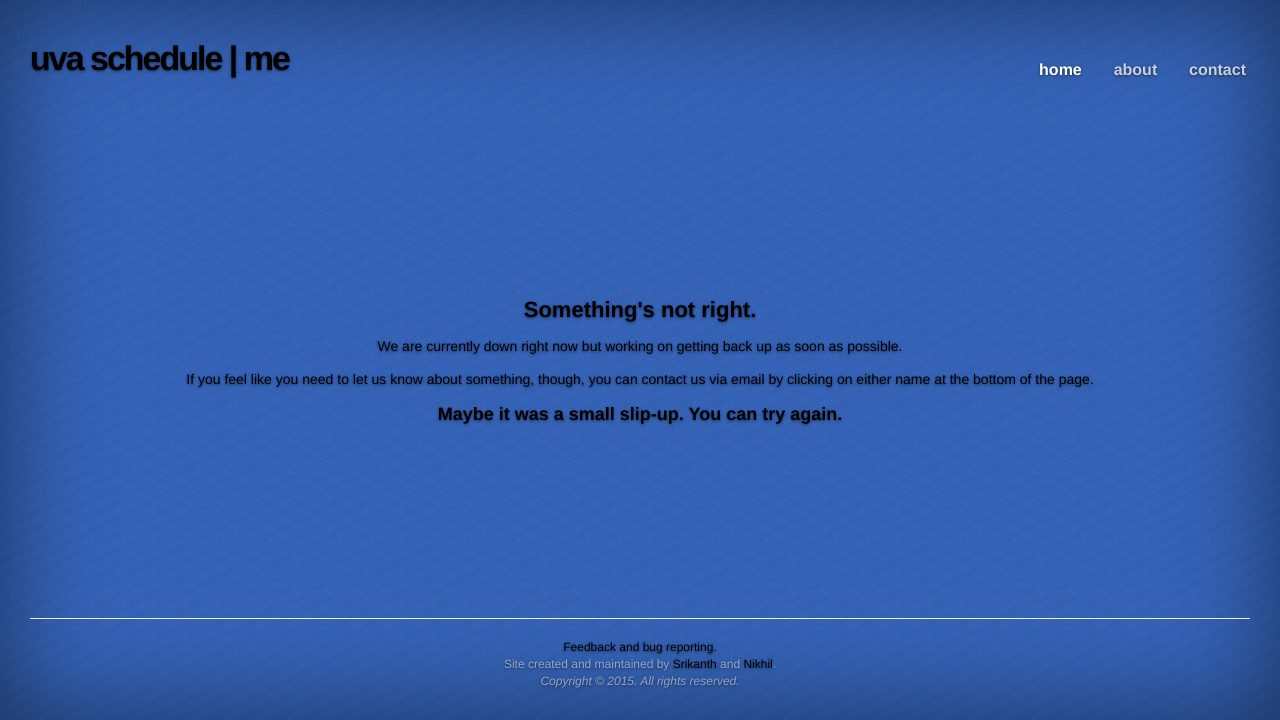
Repository: nathan-williams/uvaschedule_me
Page: templates/error.html
The author's editor kept a record of every edit. The page is drawn from the files as they stood at one moment, then again after the next edit.
The browser window is 1280 px wide. The pictures show the whole page.
Some web libraries are served in a nearby version. The template is drawn by Django 2.2. The application's start-up code is not run. Other server files are loaded and not shown. The template is opened directly, without the code that normally fills it, so the values that code supplies are empty.

Above is the page before.

### templates/error.html
<!DOCTYPE html>
<html lang="en">
    <!-- SRIKANTH CHELLURI, NIKHIL GUPTA -->

    {% load staticfiles %}
    <head>
        <meta charset="utf-8">
        <meta http-equiv="X-UA-Compatible" content="IE=edge">
        <meta name="viewport" content="width=device-width, initial-scale=1">
        <meta name="description" content="[ADD HERE]">
        <meta name="author" content="[ADD HERE]">
        <link rel="icon" href="{% static "favicon/favicon.ico" %}">

        <title>uva schedule | error</title>

        <!-- Bootstrap core CSS -->
        <link href="{% static "css/bootstrap.css" %}" rel="stylesheet">
        <!-- Bootstrap style CSS -->
        <link href="{% static "css/cover.css" %}" rel="stylesheet">

         <!-- jQuery (necessary for Bootstrap's JavaScript plugins) -->
        <script src="https://ajax.googleapis.com/ajax/libs/jquery/1.11.2/jquery.min.js"></script>
        <!-- Include all compiled plugins (below), or include individual files as needed -->
        <script src="{% static "js/bootstrap.min.js" %}"></script>

        <!-- Google Analytics -->
<script>
  (function(i,s,o,g,r,a,m){i['GoogleAnalyticsObject']=r;i[r]=i[r]||function(){
  (i[r].q=i[r].q||[]).push(arguments)},i[r].l=1*new Date();a=s.createElement(o),
  m=s.getElementsByTagName(o)[0];a.async=1;a.src=g;m.parentNode.insertBefore(a,m)
  })(window,document,'script','//www.google-analytics.com/analytics.js','ga');

  ga('create', 'UA-61109644-1', 'auto');
  ga('send', 'pageview');

</script>
    </head>

    <body>
        <div class="site-wrapper">
            <div class="site-wrapper-inner">
                <div class="cover-container">

                    <div class="masthead clearfix">
                        <div class="inner">
                            <h1 class="masthead-brand" style="letter-spacing: -2px"><b><a href="/">uva schedule | me</a></b></h1>
                            <nav>
                                <ul class="nav masthead-nav">
                                    <li><a href="/" style="color: #fff">home</a></li>
                                    <li><a href="/about">about</a></li>
                                    <li><a href="/contact">contact</a></li>
                                </ul>
                            </nav>
                        </div>
                    </div>

                    <div class="inner cover">
                        <h3 class="cover-heading"><b>Something's not right.</b></h3>
                        {% if error %}
                            <h3 class="cover-heading"><b>{{ error }}</b></h3>
                        {% endif %}
                        <h5 class="description-text" style="margin: 15px; line-height: 140%;">We are currently down right now but working on getting back up as soon as possible.</h5>
                        <h5 class="description-text" style-"margin: 15px; line-height: 140%;">If you feel like you need to let us know about something, though, you can contact us via email by clicking on either name at the bottom of the page.</h5>
                        <h4 class="description-text" style="margin: 15px; line-height: 140%;"><b><a href="/">Maybe it was a small slip-up. You can try again</a>.</b></h4>
                    </div>

                    <script>
                        (function() {
                                var headings = $(".cover-heading");
                                var forms = $(".description-text");

                                function showHeading() {
                                    headings.eq(0).fadeIn(500);
                                }
                                function showDescription() {
                                    forms.eq(0).fadeIn(800);
                                    forms.eq(1).fadeIn(875);
                                    forms.eq(2).fadeIn(950);
                                    forms.eq(3).fadeIn(1025);
                                    forms.eq(4).fadeIn(1100);
                                    forms.eq(5).fadeIn(1175);
                                    forms.eq(6).fadeIn(1250);
                                }

                                showHeading();
                                showDescription();
                            })();
                    </script>

                    <div class="mastfoot">
                        <div class="inner">
                            <hr>
                            <a href="/feedbackbug">Feedback and bug reporting.</a>
                            <br>
                            Site created and maintained by <a href="mailto:srikanth@virginia.edu">Srikanth</a> and <a href="mailto:ng3br@virginia.edu">Nikhil</a>.
                            <br>
                            </b><em>Copyright &copy; 2015. All rights reserved.</em>
                        </div>
                    </div>

                </div>
            </div>
        </div>

    </body>

</html>

### static/css/cover.css
/*
 * Globals
 */

/* Links */
a,
a:focus,
a:hover {
  /* color: #fff; */
  color: #000;
}

/* Custom default button */
.btn-default,
.btn-default:hover,
.btn-default:focus {
  color: #333;
  text-shadow: none; /* Prevent inheritence from `body` */
  background-color: #fff;
  border: 1px solid #fff;
}


/*
 * Base structure
 */

html,
body {
  height: 100%;
  /* background-color: #284A8A; /* COLOR CHANGE BACKGROUND (options: 1d338f, 002654) */
  /* background-color: #fff; */
  background-image: url("/static/images/custom1.png");
}
body {
  /* color: #fff; */
  /* color: black; */
  color: #000 !important;
  text-align: center;
  text-shadow: 0 1px 3px rgba(0,0,0,.5);
}

/* Extra markup and styles for table-esque vertical and horizontal centering */
.site-wrapper {
  display: table;
  width: 100%;
  height: 100%; /* For at least Firefox */
  min-height: 100%;
  -webkit-box-shadow: inset 0 0 100px rgba(0,0,0,.5);
          box-shadow: inset 0 0 100px rgba(0,0,0,.5);
}
.site-wrapper-inner {
  display: table-cell;
  vertical-align: top;
}
.cover-container {
  margin-right: auto;
  margin-left: auto;
}

/* Padding for spacing */
.inner {
  padding: 30px;
}


/*
 * Header
 */
.masthead-brand {
  margin-top: 0px;
  margin-bottom: 0px;
}

.masthead-nav > li {
  padding: 4px;
  margin-top: 5px;
  display: inline-block;
}
.masthead-nav > li + li {
  margin-left: 20px;
}
.masthead-nav > li > a {
  padding-right: 0;
  padding-left: 0;
  font-size: 16px;
  font-weight: bold;
  color: #fff; /* IE8 proofing */
  color: rgba(255,255,255,.75);
  border-bottom: 2px solid transparent;
}
.masthead-nav > li > a:hover,
.masthead-nav > li > a:focus {
  background-color: transparent;
  border-bottom-color: #a9a9a9;
  border-bottom-color: rgba(255,255,255,.25);
}
.masthead-nav > .active > a,
.masthead-nav > .active > a:hover,
.masthead-nav > .active > a:focus {
  color: #fff;
  border-bottom-color: #fff;
}

@media (min-width: 768px) {
  .masthead-brand {
    float: left;
  }
  .masthead-nav {
    float: right;
  }
}


/*
 * Cover
 */

.cover {
  padding: 0 20px;
}
.cover .btn-lg {
  padding: 10px 20px;
  font-weight: bold;
}


/*
 * Footer
 */

.mastfoot {
  color: #999; /* IE8 proofing */
  color: rgba(255,255,255,.5);
}


/*
 * Affix and center
 */

@media (min-width: 768px) {
  /* Pull out the header and footer */
  .masthead {
    position: fixed;
    top: 0;
    padding: 0px;
    padding-left: 0%;
    padding-right: 0%;
    margin-top: 10px !important;
  }
  .mastfoot {
    position: fixed;
    bottom: 0;
    font-size: 12px;
    padding: 0px;
  }
  /* Start the vertical centering */
  .site-wrapper-inner {
    vertical-align: middle;
  }
  /* Handle the widths */
  .masthead,
  .mastfoot,
  .cover-container {
    width: 100%; /* Must be percentage or pixels for horizontal alignment */
  }
}

@media (min-width: 992px) {
  .masthead,
  .mastfoot,
  .cover-container {
    width: 100%;
  }
}

.example {display: none;}
.cover-heading {display: none;}
.form {display: none;}
.description-text {display: none;}
.instruction {display: none;}
.memo-heading {display: none;}

.inner-cover {
  width: 80%;
  position: absolute;
  top: 50%;
  left: 50%;
  transform: translate(-50%, -50%);
  /* background-color: #3A5689; */
  /* background-color: #212121; */
  /* border: solid; */
  background-color: #FDFDFD;
  border-width: 1px;
  padding-top: 10px;
  padding-bottom: 18px;
  box-shadow: 0 0 100px rgba(0, 0, 0, 0.8);
  text-shadow:none;
}

.form-divclass {
  width: 80%;
  position: absolute;
  top: 50%;
  left: 50%;
  transform: translate(-50%, -50%);
  background-color: #3A5689;
  /* background-color: #212121; */
  border: solid;
  border-width: 1px;
  padding-top: 10px;
  padding-bottom: 18px;
  box-shadow: 0 0 100px rgba(0, 0, 0, 0.4);
}

#advertisement {
  display: none;
}

Loaded but not shown: static/css/bootstrap.css (library); static/js/bootstrap.min.js (library)

After the next edit:
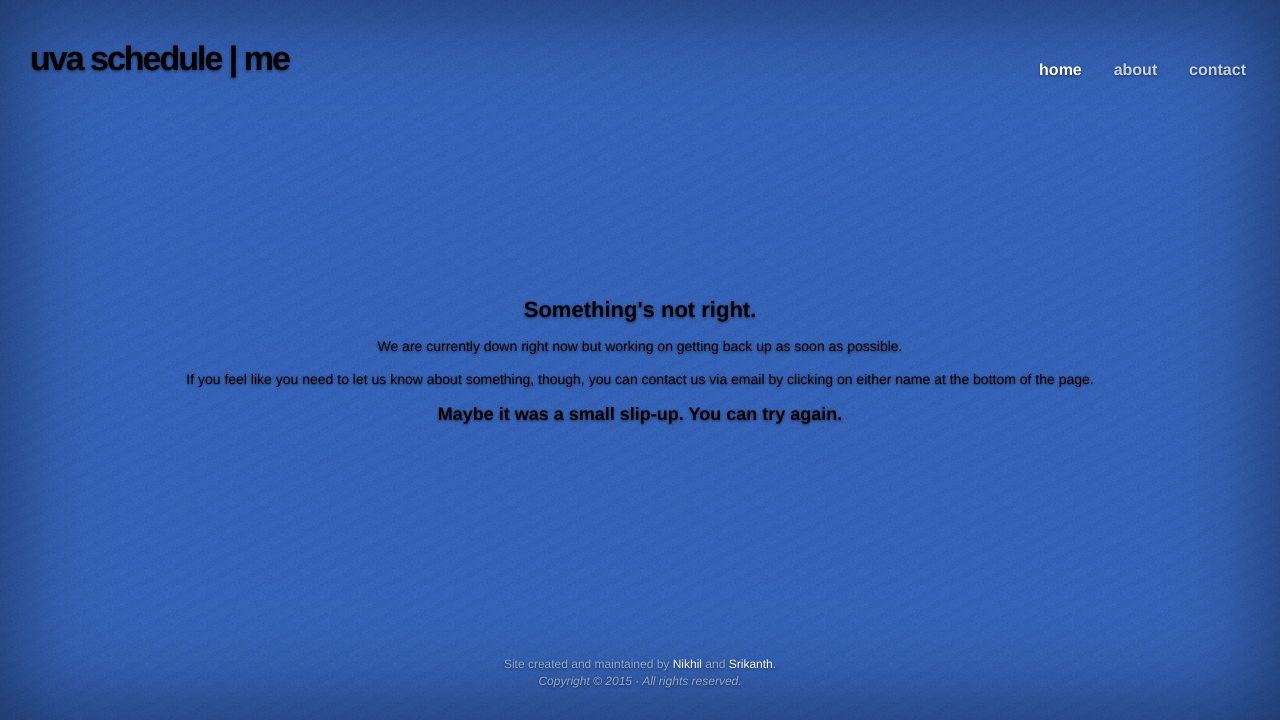
The edit:
--- a/templates/error.html
+++ b/templates/error.html
@@ -89,12 +89,10 @@
 
                     <div class="mastfoot">
                         <div class="inner">
-                            <hr>
-                            <a href="/feedbackbug">Feedback and bug reporting.</a>
                             <br>
-                            Site created and maintained by <a href="mailto:srikanth@virginia.edu">Srikanth</a> and <a href="mailto:ng3br@virginia.edu">Nikhil</a>.
+                            Site created and maintained by <a href="mailto:ng3br@virginia.edu" style="color: #fff">Nikhil</a> and <a href="mailto:srikanth@virginia.edu" style="color: #fff">Srikanth</a>.
                             <br>
-                            </b><em>Copyright &copy; 2015. All rights reserved.</em>
+                            </b><em>Copyright &copy; 2015 &middot; All rights reserved.</em>
                         </div>
                     </div>
 
